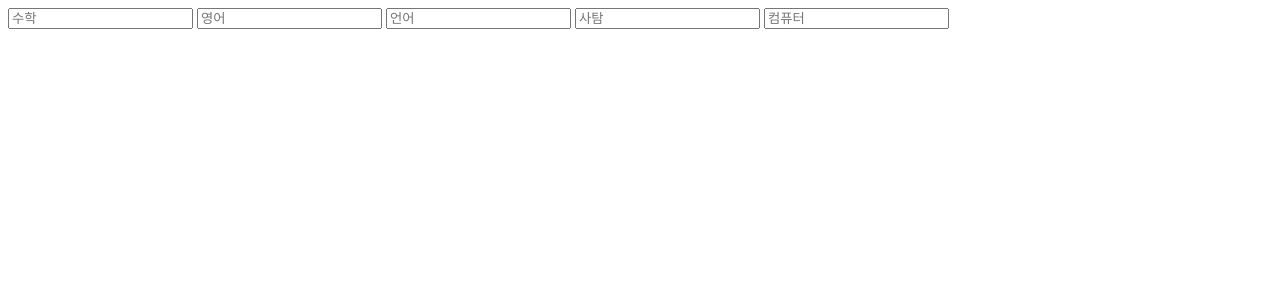
Repository: djdh94/spring_practice
Page: http://localhost/SpringBasic/score
The author's editor kept a copy of each file at every save. The page is drawn from the files as they stood at one save, then again after the next save.
The browser window is 1280 px wide. The pictures show the whole page.
The page is served by Tomcat 9. Other server files are loaded and not shown.

Above is the page before, as saved 2022-03-30 05:41:33.

### SpringBasic/src/main/webapp/WEB-INF/views/score.jsp
<%@ page language="java" contentType="text/html; charset=UTF-8"
    pageEncoding="UTF-8"%>
<!DOCTYPE html>
<html>
<head>
<meta charset="UTF-8">
<title>Insert title here</title>
</head>
<body>
<form action="" method="get">
<input type="text" name="수학" placeholder="수학"/>
<input type="text" name="영어" placeholder="영어"/>
<input type="text" name="언어" placeholder="언어"/>
<input type="text" name="사탐" placeholder="사탐"/>
<input type="text" name="컴퓨터" placeholder="컴퓨터"/>
</form>

<form action="" method="post">

</form>
</body>
</html>

After the next save:
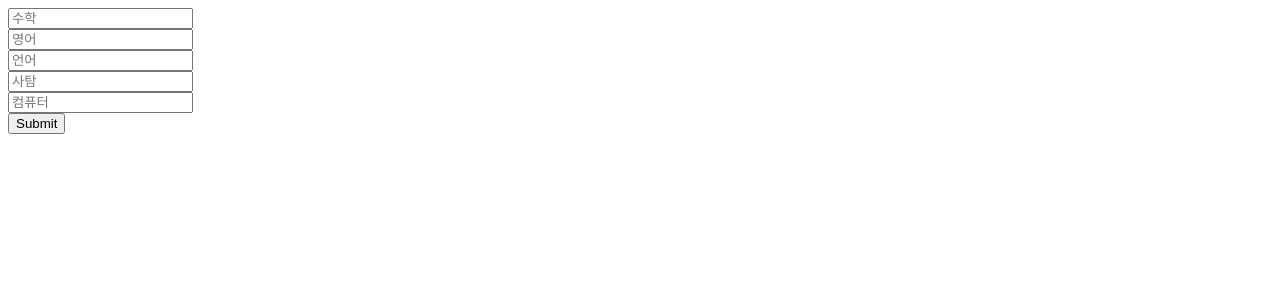
Saved 119 s later.
--- a/SpringBasic/src/main/webapp/WEB-INF/views/score.jsp
+++ b/SpringBasic/src/main/webapp/WEB-INF/views/score.jsp
@@ -7,12 +7,13 @@
 <title>Insert title here</title>
 </head>
 <body>
-<form action="" method="get">
-<input type="text" name="수학" placeholder="수학"/>
-<input type="text" name="영어" placeholder="영어"/>
-<input type="text" name="언어" placeholder="언어"/>
-<input type="text" name="사탐" placeholder="사탐"/>
-<input type="text" name="컴퓨터" placeholder="컴퓨터"/>
+<form action="#" method="get">
+<input type="text" name="수학" placeholder="수학"/><br/>
+<input type="text" name="영어" placeholder="영어"/><br/>
+<input type="text" name="언어" placeholder="언어"/><br/>
+<input type="text" name="사탐" placeholder="사탐"/><br/>
+<input type="text" name="컴퓨터" placeholder="컴퓨터"/><br/>
+<input type="submit"/>
 </form>
 
 <form action="" method="post">
